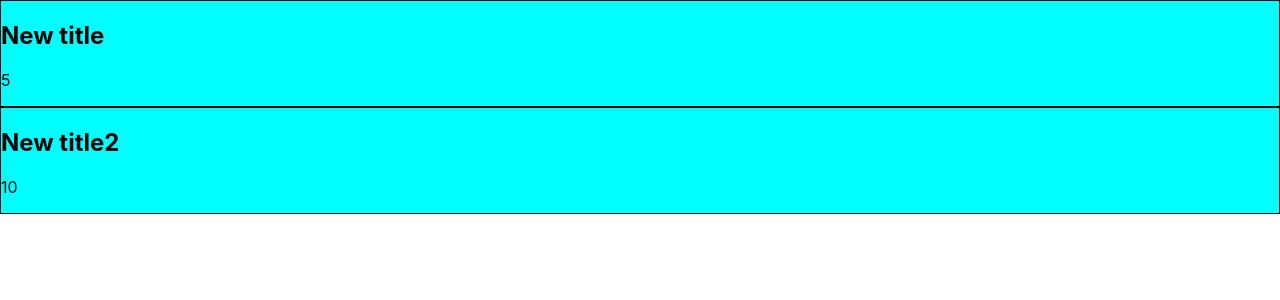
Repository: asapvtec98/egzamin
Page: /
An editor plug-in stored every save of this project. The page is shown before and after the next save, followed by the edit.
The browser window is 1280 px wide. The pictures show the whole page.
The project was rebuilt for these pictures with package versions that can differ from the ones it lists, and the page was loaded fresh each time.

Above is the page before, as saved 2023-11-13 13:23:40.

After the next save:
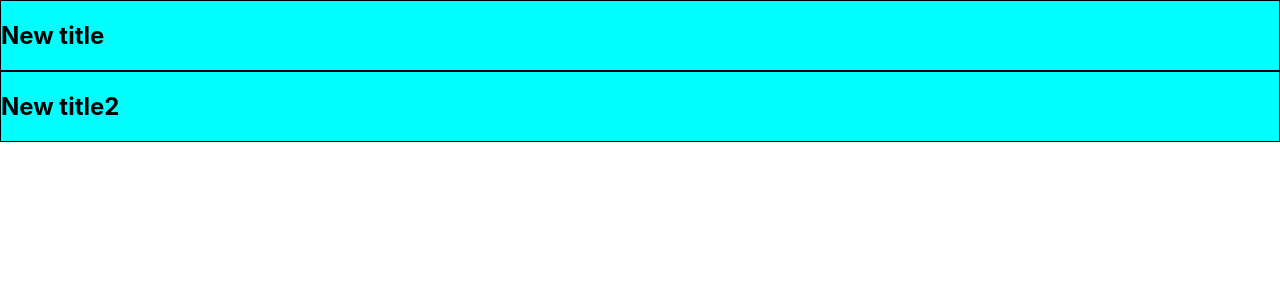
Saved 13 s later.
--- a/src/components/Comment.js
+++ b/src/components/Comment.js
@@ -19,7 +19,7 @@
     return(
         <div className="comment">
             <h2>{props.title}</h2>
-            <p>{props.likes}</p>
+            <p>{likes}</p>
         </div>
     )
 

After the 2 saves that followed:
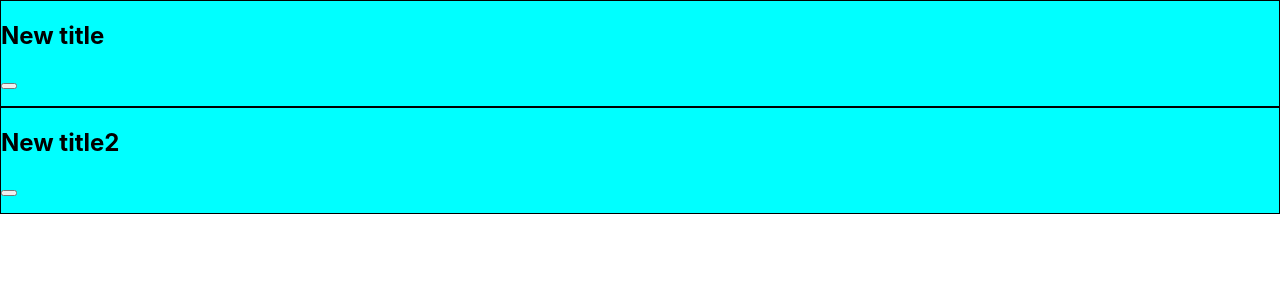
The 2 saves are shown as one change because 1 left the picture as it was.
The last was saved 41 s later.
--- a/src/components/Comment.js
+++ b/src/components/Comment.js
@@ -4,7 +4,6 @@
 function Komentarz(props) {
     const [likes, setLike] = useState(false);
     const [count, setCount] = useState(4);
-    const [show, setShow] = useState(true);
 
     const handleLikes = () => {
         if(!like) {
@@ -19,6 +18,9 @@
     return(
         <div className="comment">
             <h2>{props.title}</h2>
+            <button type="button" onClick={() => {
+                handleLikes();
+            }}></button>
             <p>{likes}</p>
         </div>
     )
